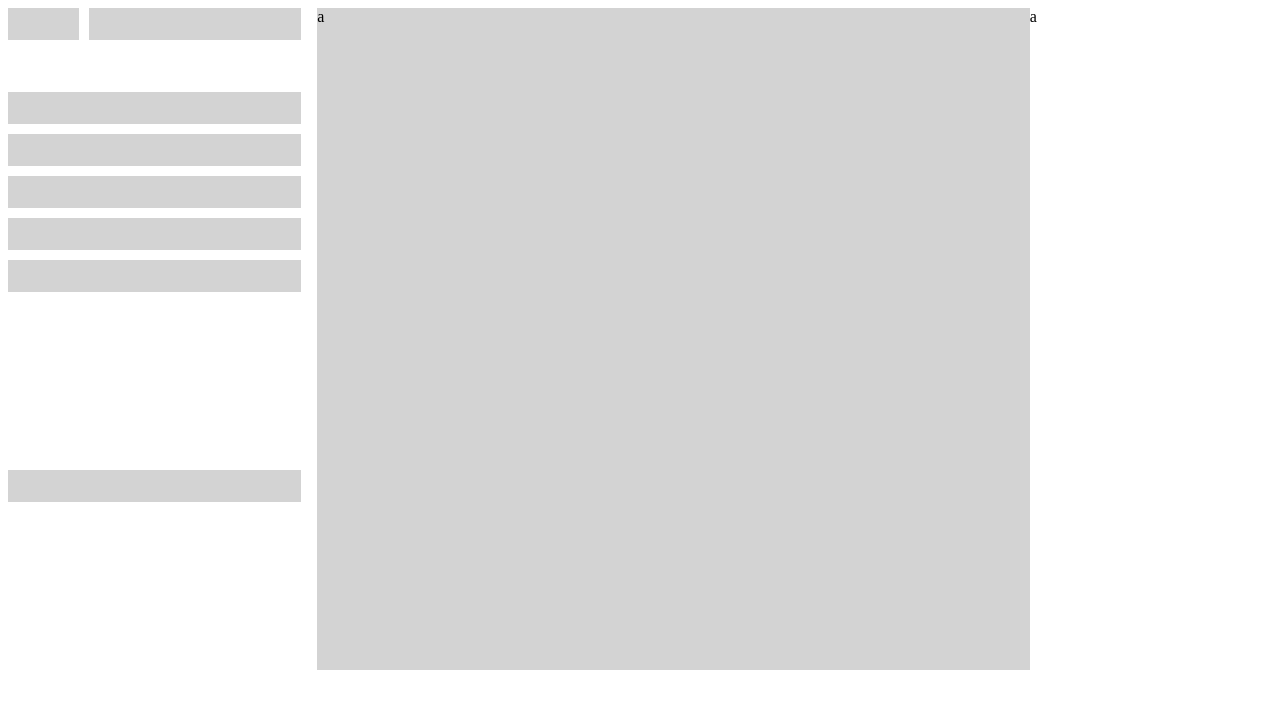
Repository: tr2cky/exercise2
Page: index.html
An editor plug-in stored every save of this project. The page is shown before and after the next save, followed by the edit.
The browser window is 1280 px wide. The pictures show the whole page.

Above is the page before, as saved 2022-10-01 11:42:08.

### index.html
<!DOCTYPE html>
<html lang="en">

<head>
    <meta charset="UTF-8">
    <meta http-equiv="X-UA-Compatible" content="IE=edge">
    <meta name="viewport" content="width=device-width, initial-scale=1.0">
    <link rel="stylesheet" href="style.css">
    <title>Document</title>
</head>

<body>
    <div class="container">
        <div class="side1">
        <div id="box1"></div>
        <div id="box2"></div>
        <div id="box3"></div>
        <div id="box4"></div>
        <div id="box5"></div>
        <div id="box6"></div>
        <div id="box7"></div>
        <div id="box8"></div>
        </div>
        <main>
            a
        </main>
        <div class="side2">
            a
        </div>
    </div>
</body>

</html>

### style.css
.container {
    display: flex;
    flex-direction: row;
    height: 92vh;
}
main {
    flex-grow: 3;
    background-color: lightgray;
}
.side1 {
    flex-grow: 1;
    display: grid;
    grid-template-columns: 1fr 3fr;
    grid-auto-rows: 2em;
    grid-gap: 10px;
    margin-right: 1em;
}
.side2 {
    flex-grow: 1;
}
.side1 div {
    background-color: lightgray;
}
#box1 {
    border: 1px solid lightgray;
    padding: 5px;
}
#box3{
    grid-column: 1/3;
    grid-row: 3;
}
#box4{
    grid-column: 1/3;
    grid-row: 4;
}
#box5{
    grid-column: 1/3;
    grid-row: 5;
}
#box6{
    grid-column: 1/3;
    grid-row: 6;
}
#box7{
    grid-column: 1/3;
        grid-row: 7;
}
#box8 {
    grid-column: 1/3;
    grid-row: 12;
}

After the next save:
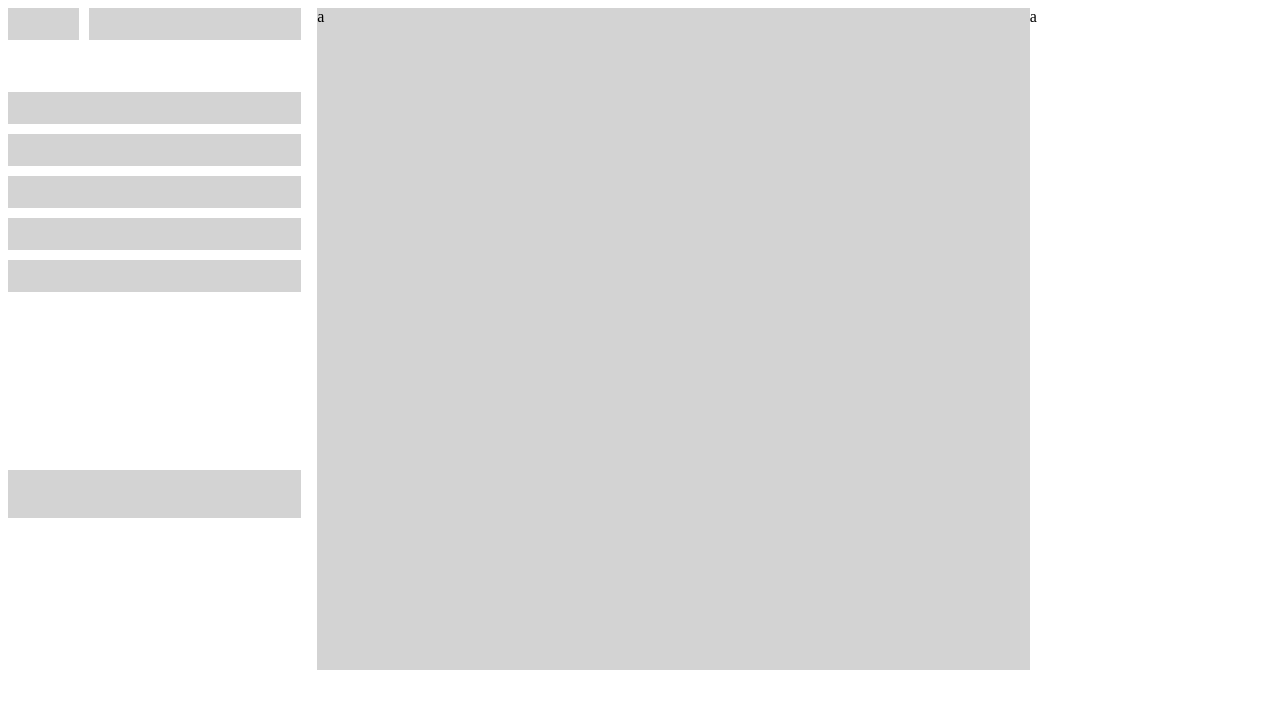
Saved 41 s later.
--- a/style.css
+++ b/style.css
@@ -48,4 +48,5 @@ main {
 #box8 {
     grid-column: 1/3;
     grid-row: 12;
+    height: 3em;
 }
